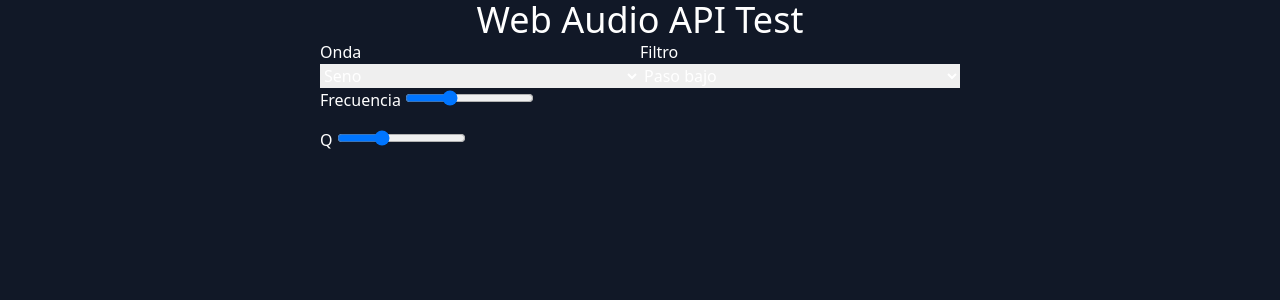
Repository: ibraidab/SONIDOS
Page: index4.html
An editor plug-in stored every save of this project. The page is shown before and after the next save, followed by the edit.
The browser window is 1280 px wide. The pictures show the whole page.

Above is the page before, as saved 2023-03-18 12:07:57.

After the next save:
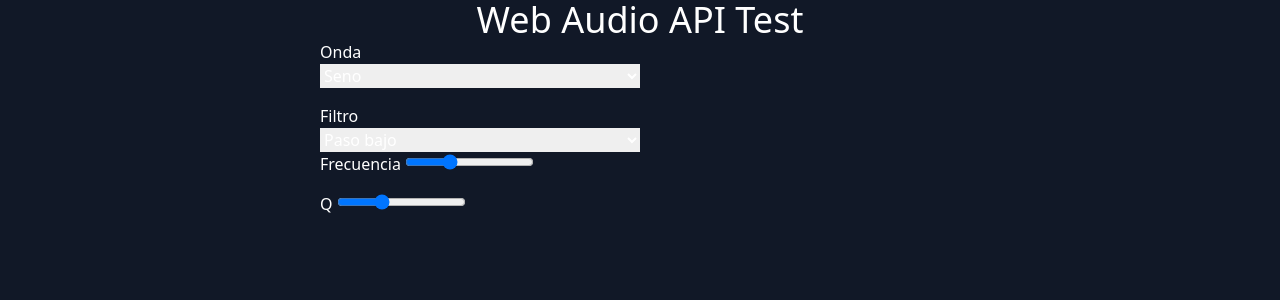
Saved 2 min 17 s later.
--- a/index4.html
+++ b/index4.html
@@ -151,7 +151,7 @@
     <h1 class="text-4xl text-center">Web Audio API Test</h1>
     <div class="flex justify-center">
       <div class="w-1/2">
-        <div class="flex justify-center">
+        <div class="flex flex-col justify-center gap-4">
           <div class="w-1/2">
             <label for="waveType">Onda</label>
             <select id="waveType" class="w-full" onchange="changeWaveType()">
